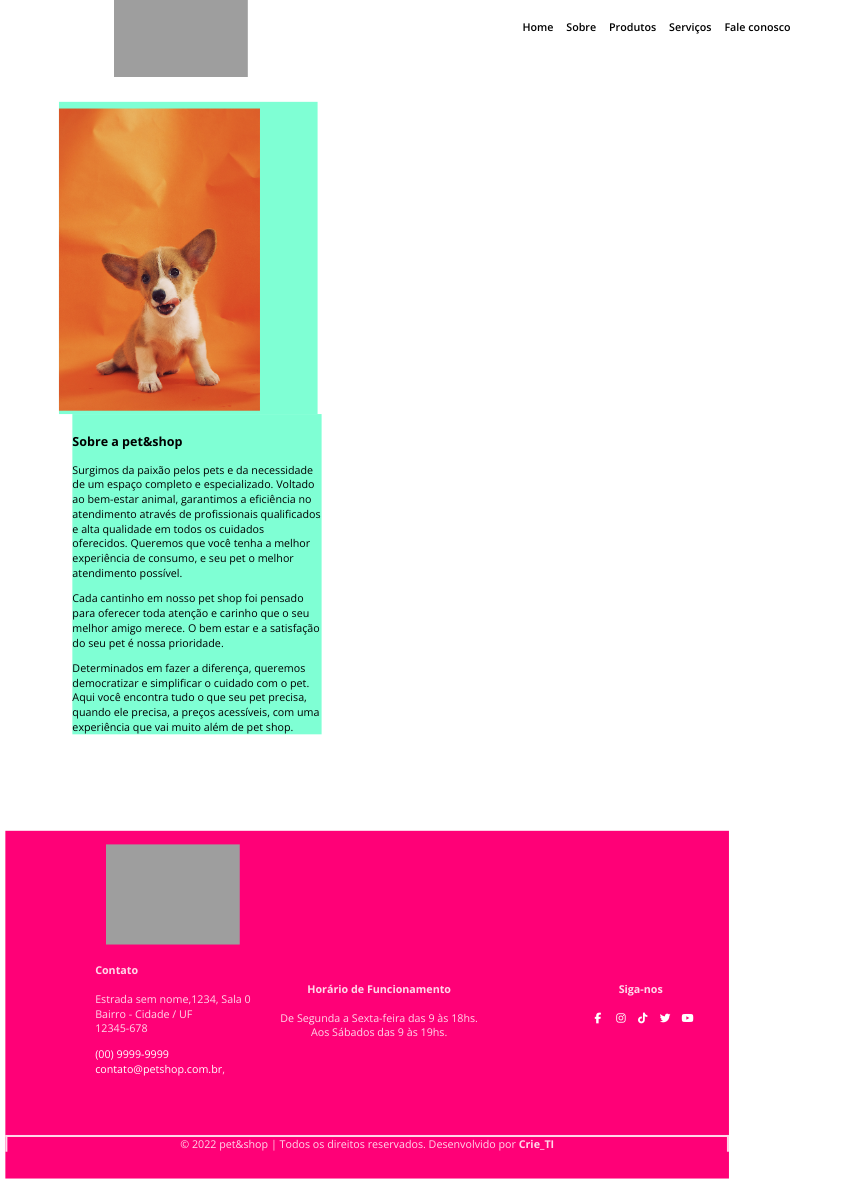
Repository: Iluiscarlos/Projeto-Site-PetShop
Page: About.html
The author's editor kept a copy of each file at every save. The page is drawn from the files as they stood at one save, then again after the next save.
The browser window is 1280 px wide. The pictures show the whole page, at 67% of full size.
Pictures or frames that could not be fetched are drawn as grey boxes. Some web libraries are served in a nearby version.

Above is the page before, as saved 2022-04-24 19:43:01.

After the next save:
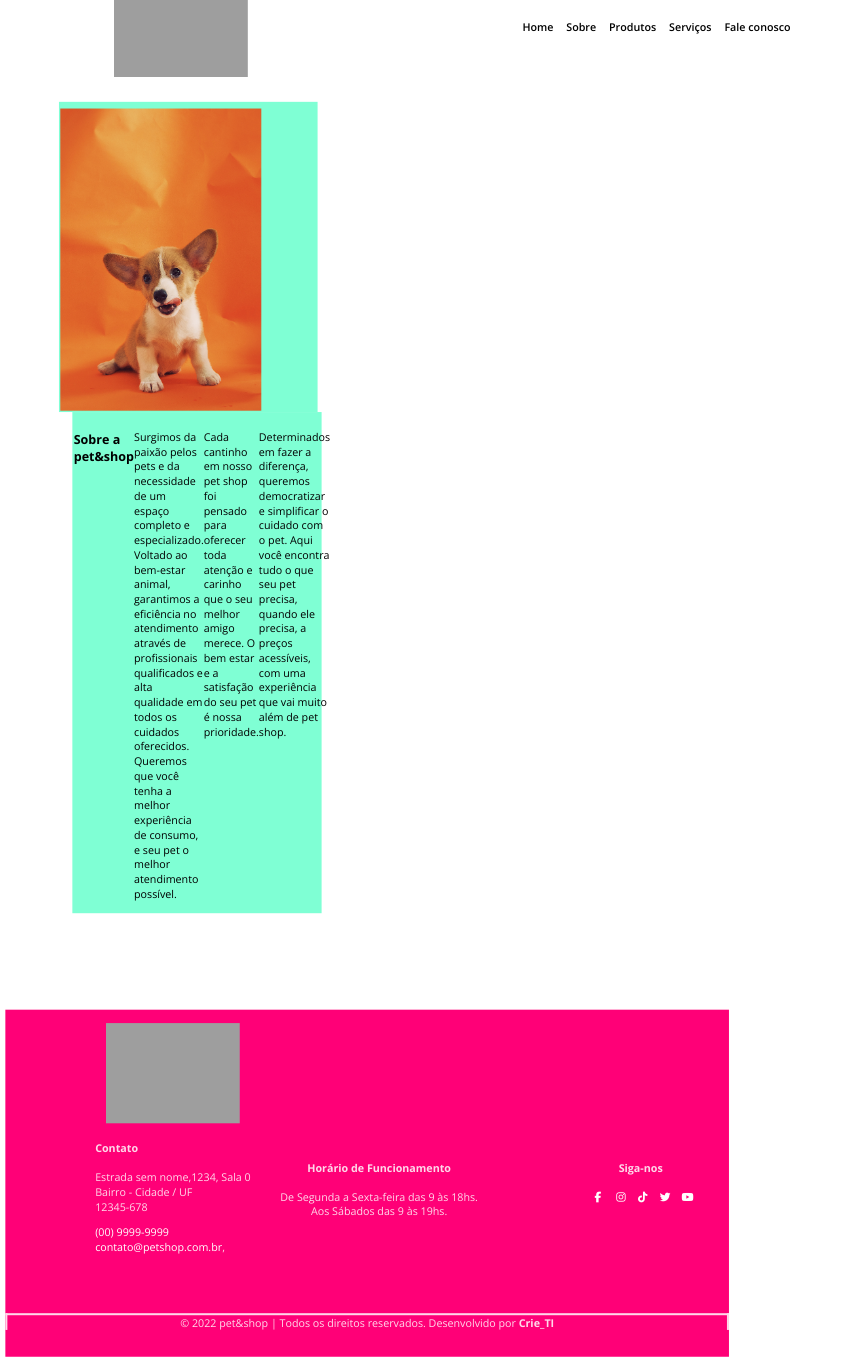
Saved 9 s later.
--- a/About.html
+++ b/About.html
@@ -63,7 +63,7 @@
 
     .column {
       width: 35%;
-      display: flex
+      display: flex;
       padding: 2px;
       box-sizing: border-box;
       background-color: aquamarine;
